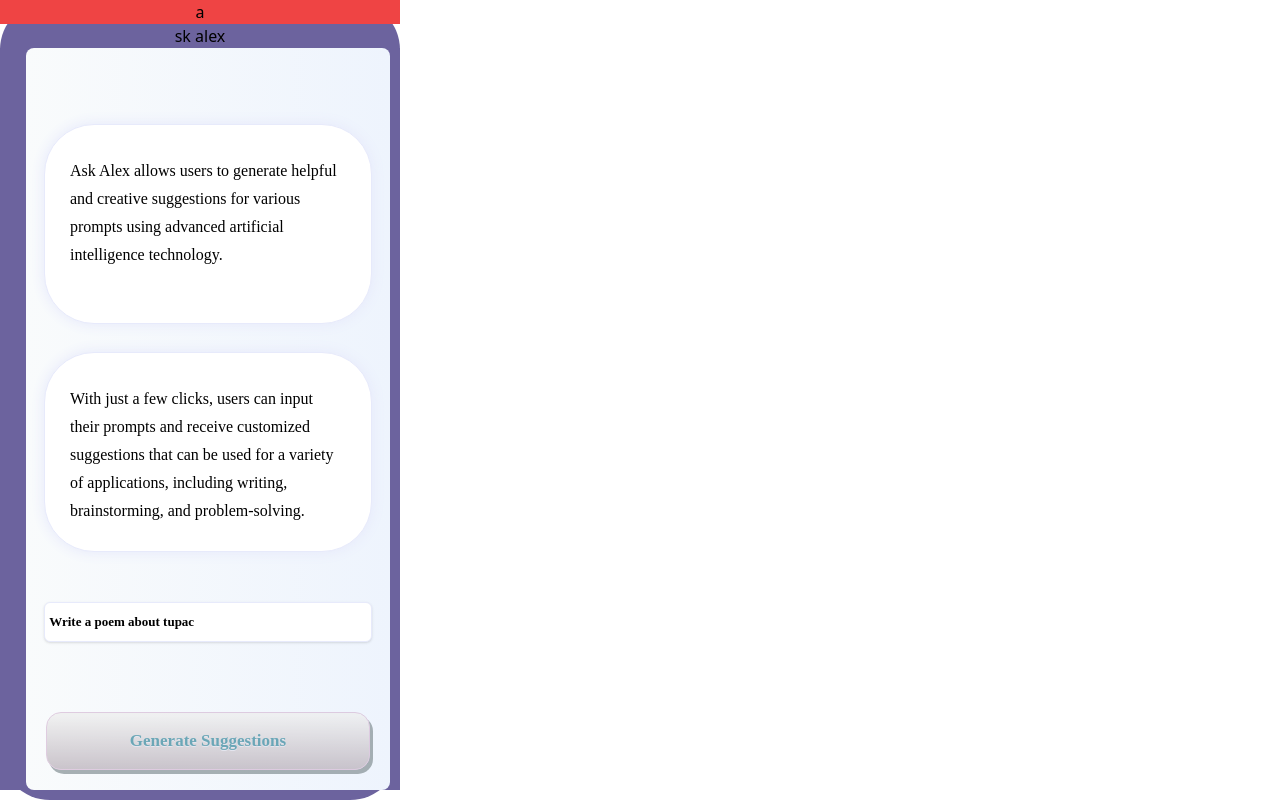
Repository: djdjdallas/AskAlex
Page: /
These files come from the project's save history. The page is drawn as it stood at one moment and after the next save; the edit follows.
The browser window is 1280 px wide. The pictures show the whole page.
The project was rebuilt for these pictures with package versions that can differ from the ones it lists, and the page was loaded fresh each time. Also part of the build but not shown: webpack.config.js.

Above is the page before, as saved 2023-02-28 23:50:53.

### src/App.js
import "./App.css";
import Popup from "./popup";

function App() {
  return (
    <div className="App w-[500px]">
      <div>
        <div className="bg-red-500">
          <h1>a</h1>
        </div>
        <h1>sk alex</h1>
      </div>
      <header className="App-header bg-gradient-to-r from-[#5E50A0] via-[#EDF4EF] to-[#C4C2F3] w-[25rem]">
        <div className="bg-gradient-to-r from-[#5E50A0] via-[#EDF4EF] to-[#C4C2F3]  w-[100%] flex justify-center items-center"></div>
        <Popup />
      </header>
    </div>
  );
}

export default App;

### src/App.css
.App {
  text-align: center;
  width: 400px;
  height: 800px;
  border-radius:50px;
  background: #6C639E;
  display: flex;
  flex-direction: column;

}

.App-logo {
  height: 40vmin;
  pointer-events: none;
}

@media (prefers-reduced-motion: no-preference) {
  .App-logo {
    animation: App-logo-spin infinite 20s linear;
  }
}

.App-header {
  background: #6C639E;
  display: flex;
  flex-direction: column;
  align-items: center;
  justify-content: center;
  font-size: calc(10px + 2vmin);
  color: white;
}
.input{
  font-size: small;
  border: 1px solid #E7EAFB;
  width: 90%;
  height: 40px;
  margin: 30px 0;
}
.infoBox{
  width: 100%;
  height: 200px;
  background-color: white;
  border: 1px solid #E7EAFB;
  color: black;
  border-radius:50px;
  -webkit-box-shadow:0px 0px 13px 1px #e7eafb ;
-moz-box-shadow:0px 0px 13px 1px #e7eafb ;
box-shadow:0px 0px 13px 1px #e7eafb ;
}
.infoContainer{
  width: 90%;
  height: 100%;
  margin-top: 4rem;
  text-align: left;
  font-size: 1.5rem;
  display: flex;
  flex-direction: column;
  justify-content: center;
  align-items: center;
  gap: 1rem;

}
.subText{
  font-size: 1rem;
  margin-top: 1rem;
  padding: 0 3%;

}
.myButton {
	box-shadow: 3px 4px 0px 0px #899599;
	background:linear-gradient(to bottom, #ededed 5%, #bab1ba 100%);
	background-color:#ededed;
	border-radius:15px;
	border:1px solid #d6bcd6;
	display:inline-block;
	cursor:pointer;
	color:#3a8a9e;
	font-family:Arial;
	font-size:17px;
	padding:12px 39px;
	text-decoration:none;
	text-shadow:0px 1px 0px #e1e2ed;
}
.myButton:hover {
	background:linear-gradient(to bottom, #bab1ba 5%, #ededed 100%);
	background-color:#bab1ba;
}
.myButton:active {
	position:relative;
	top:1px;
}

.App-link {
  color: #61dafb;
}

@keyframes App-logo-spin {
  from {
    transform: rotate(0deg);
  }
  to {
    transform: rotate(360deg);
  }
}

### src/popup.js
import React, { useState } from "react";

function Popup() {
  const [prompt, setPrompt] = useState("");
  const [suggestions, setSuggestions] = useState([]);
  const [isLoading, setIsLoading] = useState(false);

  function handleInputChange(event) {
    setPrompt(event.target.value);
  }

  async function generateSuggestions() {
    const API_KEY = "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";
    const API_URL =
      "https://api.openai.com/v1/engines/text-davinci-003/completions";
    setIsLoading(true);
    const response = await fetch(API_URL, {
      method: "POST",
      headers: {
        "Content-Type": "application/json",
        Authorization: `Bearer ${API_KEY}`,
      },
      body: JSON.stringify({
        prompt: `Provide 3 better prompts along with context ideas to ask chatgpt to ${prompt}.\n\n1.`,
        max_tokens: 1000,
        n: 1,
        temperature: 0.7,
      }),
    });

    const data = await response.json();

    const suggestedPrompts = data.choices[0].text.split("\n");
    console.log(isLoading);
    setSuggestions(suggestedPrompts);
  }
  function handleCopy(suggestion) {
    navigator.clipboard.writeText(suggestion);
  }

  return (
    <div className="ml-4 popup w-[91%] flex flex-col bg-gradient-to-r from-[#f9fbfc] to-[#eef4fd] rounded-lg">
      <div className="flex justify-center items-center w-[100%] mt-3">
        {suggestions ? (
          <div className="infoContainer w-[90%] h-[100%] mt-4 text-xl space-y-3 flex-row justify-center items-center">
            <div className="infoBox border-[1px] border-purple-300 p-4 rounded-md shadow bg-white ">
              <h1 className="subText" style={{ fontFamily: "Baskeville" }}>
                Ask Alex allows users to generate helpful and creative
                suggestions for various prompts using advanced artificial
                intelligence technology.
              </h1>
            </div>
            <div className="infoBox border-[1px] border-purple-300 rounded-md shadow-lg p-4 bg-white ">
              <h1
                className="subText"
                style={{
                  fontFamily: "Baskeville",
                }}
              >
                With just a few clicks, users can input their prompts and
                receive customized suggestions that can be used for a variety of
                applications, including writing, brainstorming, and
                problem-solving.
              </h1>
            </div>
          </div>
        ) : null}
      </div>
      <div className="flex justify-center items-center my-5">
        <input
          style={{ fontFamily: "Baskeville" }}
          className="input shadow outline-none focus:outline-none focus:ring text-sm font-bold border-2 border-[#E7EAFB] rounded-md w-[90%]  h-20 placeholder:text-black placeholder:pl-1
          "
          type="text"
          value={prompt}
          onChange={handleInputChange}
          placeholder="Write a poem about tupac"
        />
      </div>
      <button
        style={{ fontFamily: "Baskeville" }}
        className="myButton cursor-pointer text-2xl font-bold bg-gradient-to-r from-[#8C61FF] to-[#0BB2FF] rounded-md p-2 m-5 text-white
         animate-pulse transition transform duration-300 ease-in-out hover:shadow-xl shadow-md"
        onClick={generateSuggestions}
      >
        Generate Suggestions
      </button>
      {suggestions.length > 0 ? (
        <ul
          className="text-xl font-bold flex-row p-2 space-y-3 "
          style={{ fontFamily: "Baskeville" }}
        >
          {suggestions.map((suggestion, index) => (
            <li
              className=" text-white ml-1 bg-gradient-to-r from-[#5E50A0] to-[#C4C2F3] rounded-md p-2 "
              key={index}
            >
              {suggestion}
              <button
                className="cursor-pointer"
                onClick={() => handleCopy(suggestion)}
              ></button>
            </li>
          ))}
        </ul>
      ) : (
        <p className="font-bold text-2xl text-center">
          {isLoading ? "Alex is thinking..." : ""}
        </p>
      )}
    </div>
  );
}

export default Popup;

Loaded but not shown: public/index.html (common file); src/index.js (common file); src/index.css (common file); src/reportWebVitals.js (common file); tailwind.config.js (common file)

After the next save:
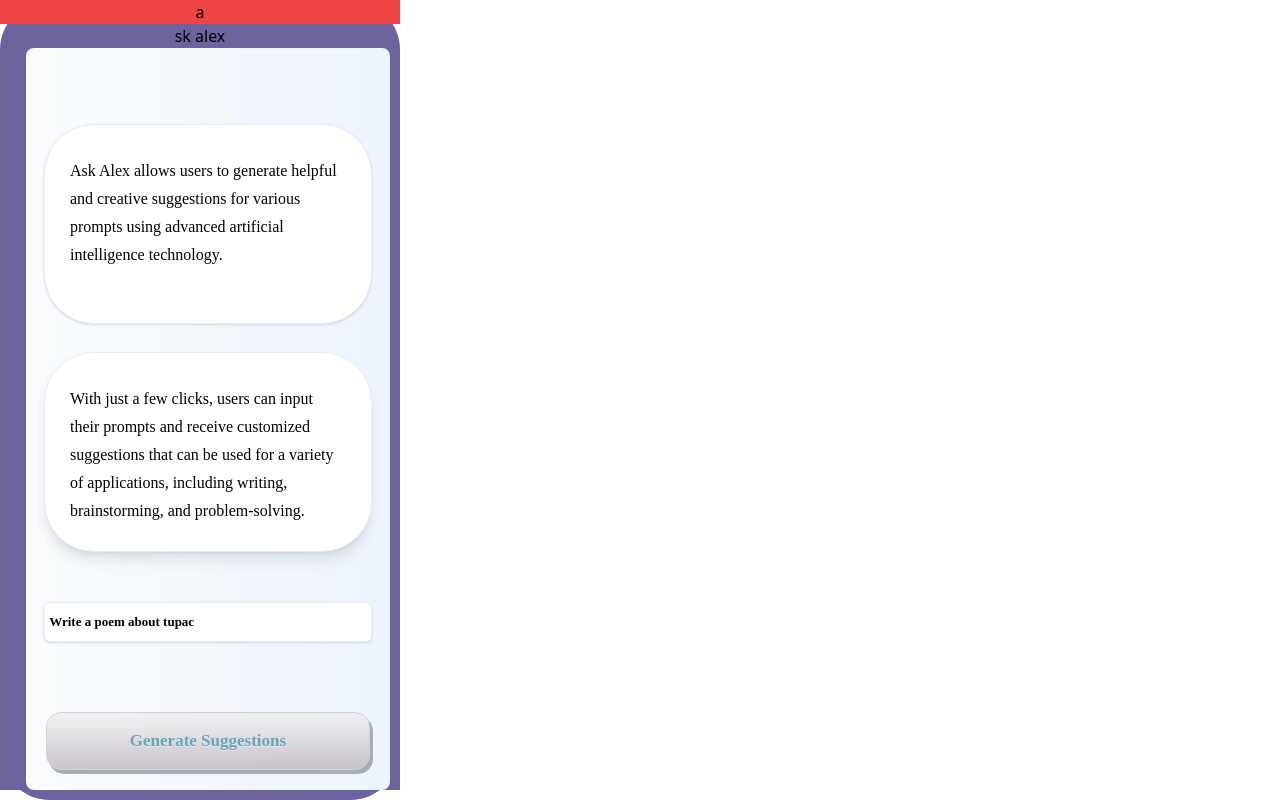
Saved 105 s later.
--- a/src/App.css
+++ b/src/App.css
@@ -43,9 +43,9 @@
   border: 1px solid #E7EAFB;
   color: black;
   border-radius:50px;
-  -webkit-box-shadow:0px 0px 13px 1px #e7eafb ;
+  /* -webkit-box-shadow:0px 0px 13px 1px #e7eafb ;
 -moz-box-shadow:0px 0px 13px 1px #e7eafb ;
-box-shadow:0px 0px 13px 1px #e7eafb ;
+box-shadow:0px 0px 13px 1px #e7eafb ; */
 }
 .infoContainer{
   width: 90%;
